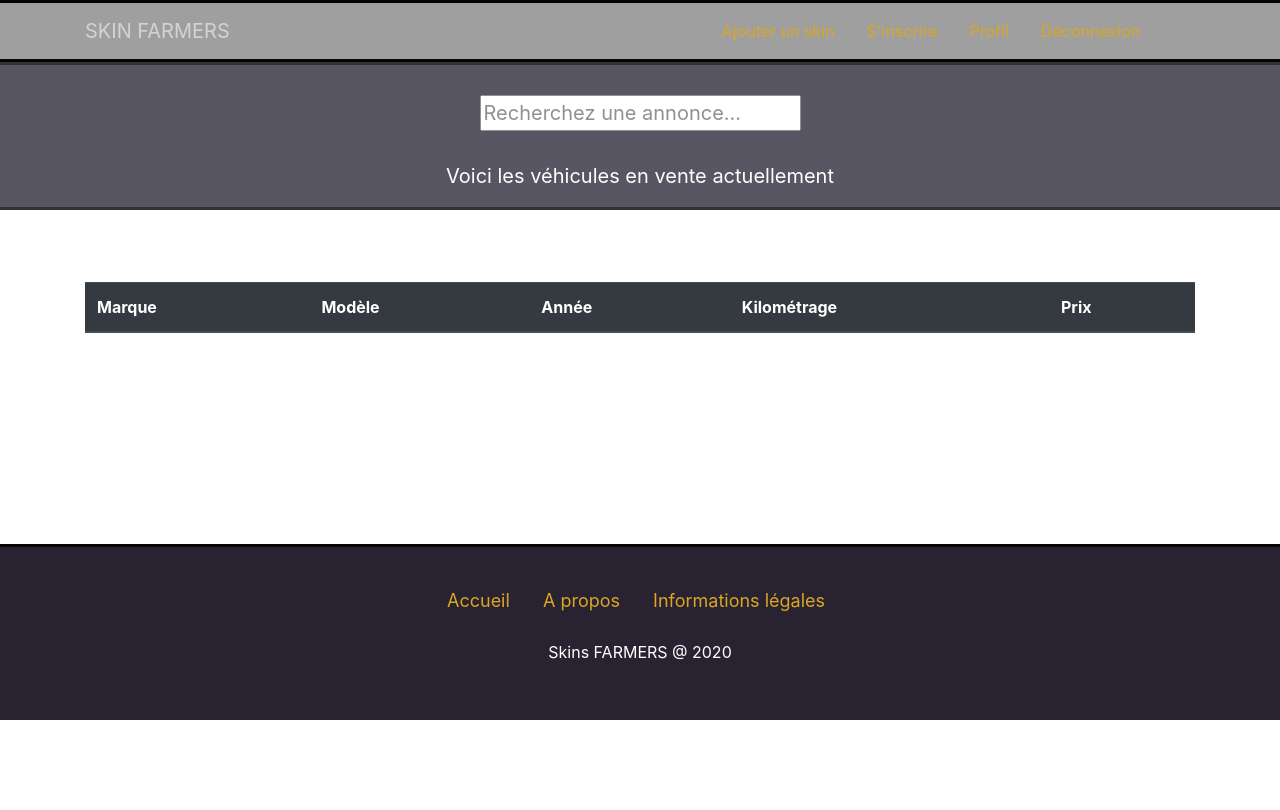
Repository: JonasvanHoorebeke/node_project_carforsale_final
Page: views/admin.ejs
An editor plug-in stored every save of this project. The page is shown before and after the next save, followed by the edit.
The browser window is 1280 px wide. The pictures show the whole page.
Pictures or frames that could not be fetched are drawn as grey boxes. Backgrounds fixed to the window are drawn as part of the page. The page is served by the project's Node server (server.js). Other server files are loaded and not shown. The template is opened directly, without the code that normally fills it, so the values that code supplies are empty.

Above is the page before, as saved 2020-08-25 16:35:56.

### views/admin.ejs
<%- include('header.ejs') %>

<div class="intro">
</br>
<input type="text" id="Larecherche" onkeyup="Recherche()" placeholder="Recherchez une annonce...">
</br></br>

<p>Voici les véhicules en vente actuellement</p>
</div>
<div class="container" id="Lesskins">

 <!--h2><%= title %></h2>-->
</br></br>
  <!--<a href="/skin/add" class="btn btn-sm btn-primary">Mettre en vente un véhicule</a><br/>-->
  <table id="Lesskins2" class="table table-dark table-striped">
    <thead>
      <tr>
        <th>Marque</th>
        <th>Modèle</th>
        <th>Année</th>
        <th>Kilométrage</th>
        <th>Prix</th>
      </tr>
    </thead>
    <tbody>
        <% annonce.forEach(function(item){ %>
            <div class="cards-annonces">
                <div class="card" style="max-width: 100%;">
                    <div class="row no-gutters">
                        <div class="col-sm-5" style="background: #868e96;">
                            <img src="/css/rsq8.jpg" class="card-img-top h-100" alt="...">
                        </div>
                        <div class="col-sm-7">
                            <div class="card-body">
                                <h5 class="card-marque-modele"><%= item.marque %> <%= item.modele %></h5>
                            </br>
                                <h3 class="card-prix"><%= item.prix %> €</h3>
                            </br>
                                    <div class="row">
                                      <div class="col-sm">
                                        Kilométrage:</br><%= item.kilometrage %> km
                                      </div>
                                      <div class="col-sm">
                                        Année:</br><%= item.annee %>
                                      </div>
                                      <div class="col-sm">
                                        Code postal:</br><%= item.annee %>
                                      </div>
                                    </div>
                                    </br>
                                    <div class="row">
                                        <div class="bouttons-annonces">
                                            <a href="/annonce/get/<%= item.idannonce %>" class="btn btn-sm btn-primary">Voir</a>
                                        </div>
                                        <div class="bouttons-annonces">
                                            <a href="/annonce/edit/<%= item.idannonce %>" class="btn btn-sm btn-primary">Modifier</a>
                                        </div>
                                        <div class="bouttons-annonces">
                                            <a href="/annonce/delete/<%= item.idannonce %>" class="btn btn-sm btn-danger">Supprimer</a>
                                        </div>
                                      </div>
                            </div>
                        </div>

                    </div>
                </div>
            </div>
        </br>

        <% }); %>
    </tbody>
</div>
</br>

<%- include('footer.ejs') %>

### views/header.ejs
<!DOCTYPE html>
<html lang="fr">

<head>
  <title>Cars for sale - Véhicules d'occasion</title>
  <meta charset="utf-8">
  <meta name="viewport" content="width=device-width, initial-scale=1.0">
  <link href="/css/style.css" rel="stylesheet" type="text/css">
  <link rel="stylesheet" href="https://maxcdn.bootstrapcdn.com/bootstrap/4.3.1/css/bootstrap.min.css">
  <script type="text/javascript" src="../scripts/scriptindex.js"></script>
  <script src="https://ajax.googleapis.com/ajax/libs/jquery/3.4.1/jquery.min.js"></script>
  <script src="https://maxcdn.bootstrapcdn.com/bootstrap/4.3.1/js/bootstrap.min.js"></script>
  <link rel="stylesheet" href="https://stackpath.bootstrapcdn.com/bootstrap/4.4.1/css/bootstrap.min.css" integrity="sha384-Vkoo8x4CGsO3+Hhxv8T/Q5PaXtkKtu6ug5TOeNV6gBiFeWPGFN9MuhOf23Q9Ifjh" crossorigin="anonymous">
    <!-- Plugin JS, jQuery Bootstrap -->
    <script src="https://code.jquery.com/jquery-3.5.1.slim.min.js" integrity="sha384-DfXdz2htPH0lsSSs5nCTpuj/zy4C+OGpamoFVy38MVBnE+IbbVYUew+OrCXaRkfj" crossorigin="anonymous"></script>
    <script src="https://cdn.jsdelivr.net/npm/popper.js@1.16.0/dist/umd/popper.min.js" integrity="sha384-Q6E9RHvbIyZFJoft+2mJbHaEWldlvI9IOYy5n3zV9zzTtmI3UksdQRVvoxMfooAo" crossorigin="anonymous"></script>
    <script src="https://stackpath.bootstrapcdn.com/bootstrap/4.5.0/js/bootstrap.min.js" integrity="sha384-OgVRvuATP1z7JjHLkuOU7Xw704+h835Lr+6QL9UvYjZE3Ipu6Tp75j7Bh/kR0JKI" crossorigin="anonymous"></script>

</head>
<body>
    <nav class="navbar navbar-light navbar-expand-md navigation-clean">
        <div class="container"><a class="skinfarmers" href="/">SKIN FARMERS</a><button data-toggle="collapse" class="navbar-toggler" data-target="#navcol-1"><span class="sr-only">Toggle navigation</span><span class="navbar-toggler-icon"></span></button>
            <div class="collapse navbar-collapse"
                id="navcol-1">
                <ul class="nav navbar-nav ml-auto">
                    <li role="presentation"><a class="navboutonergo" href="/annonce/add">Ajouter un skin</a></li>
                    <!--li role="presentation"><a class="navbouton" href="#">Fonctionnement</a></li>-->
                    <li role="presentation"><a class="navbouton" href="/signup/now">S'inscrire</a></li>
                    <li role="presentation"><a class="navbouton" href="/profil">Profil</a></li>
                    <li role="presentation"><a class="navbouton" href="/logout">Déconnexion</a></li>
                    <!--li role="presentation"><a class="navbouton" href="/cart">cart</a></li>-->
                    <li><a href="/cart" class="cartlogo"><img src="/css/ttt.png" alt="bouton panier" style="max-width: 39px;"></a></li>
                </ul>
            </div>
        </div>
    </nav>

### views/footer.ejs
<!DOCTYPE html>
<html lang="fr">
<head>
  <title></title>
  <meta charset="utf-8">
  <meta name="viewport" content="width=device-width, initial-scale=1.0">
  <link rel="stylesheet" href="https://stackpath.bootstrapcdn.com/bootstrap/4.4.1/css/bootstrap.min.css" integrity="sha384-Vkoo8x4CGsO3+Hhxv8T/Q5PaXtkKtu6ug5TOeNV6gBiFeWPGFN9MuhOf23Q9Ifjh" crossorigin="anonymous">
  <link href="/css/style.css" rel="stylesheet" type="text/css">
  <link rel="stylesheet" href="https://maxcdn.bootstrapcdn.com/bootstrap/4.3.1/css/bootstrap.min.css">
</head>
<div id="page">
  <div class="footerr">
      <footer>
          <ul class="boutonfooter">
              <li class="bouton"><a href="/">Accueil</a></li>
              <li class="bouton"><a href="#">A propos</a></li>
              <li class="bouton"><a href="/infoleg">Informations légales</a></li>
          </ul>
      </br>
          <p class="copyright">Skins FARMERS @ 2020</p>
      </footer>
  </div>
</div>
</body>
</html>

### server.js
const path = require('path');
const express = require('express');
const ejs = require('ejs');
const bodyParser = require('body-parser');
const mysql = require('mysql');
const app = express();
const http = require('http');
const mysqlConnection = require("./connection.js");
var router = express.Router();
var session = require('express-session');
var cookieParser = require('cookie-parser');



//set views file
app.set('views',path.join(__dirname,'views'));

//set view engine
app.set('view engine', 'ejs');
app.use(bodyParser.json());
app.use(bodyParser.urlencoded({ extended: false }));
app.use(cookieParser());
app.use(session({
  secret: 'secret',
  resave: false,
  saveUninitialized: true
}))
app.use(express.static(__dirname + '/public')) //pour utiliser le css en local (fichiers statiques)



//app.use('/', routesUsers);
let routesUsers = require("./routes/routesAnnonces");
app.use('/', routesUsers);
// Server Listening
app.listen(3000, () => {
    console.log('I am feeling great on port 3000');
});

### connection.js
const mysql = require("mysql");

var mysqlConnection = mysql.createConnection({
    host : "localhost",
    user : "root",
    password : "root",
    database : "db_carforsale",
    multipleStatements : true
});

mysqlConnection.connect((err)=>{
    if(!err)
        {
            console.log("Database connected <3");
        }
    else
        {
            console.log("Something went wrong with the database :( ");
        }
})

module.exports = mysqlConnection;

### public/css/style.css
body
{
    background-color: black;
}


/* Gérer la couleur des liens/boutons */

nav a:link {
    text-decoration : none;
}

nav a:hover {
    color : goldenrod;
}

nav a:active {
    text-decoration: none;
}

nav a:visited{
    text-decoration : none;
}

.boutonfooter {
        padding-left: 0px;
        list-style: none;
      }

.footerr {
        padding: 40px 0;
        background-color: #241e2d;
        color: white; /*gère la couleur du copyright en bas*/
        text-align: center;
        opacity: 98%;
        position : fixed;
        left : 0;
        bottom : 0;
        width: 100%;
        border-top: black solid;
      }

.footerr ul {
        padding: 0;
        list-style: none;
        text-align: center;
        font-size: 18px;
        line-height: 1.6;
        margin-bottom: 0;
      }

.footerr li {
        padding: 0 10px;
      }



ul {
        margin-top: 0;
        margin-bottom: 1rem;
      }

.bouton {
    margin-right: .5rem;
    display: inline-block;
}

.intro {
    text-align: center;
    padding: -95px 2;
    background-color: #2f2c3d;
    font-size: 20px;
    color: white;
    border-top: solid black;
    border-bottom: solid black;
    opacity: 80%;
}

nav {
    background: url('footer1.jpg') no-repeat;
    background-attachment: fixed;
    background-size: cover;
    opacity: 98%;
    border-bottom: black solid;
    border-top: solid black;
}

nav a { /*gère le logo skinfarmerz*/
    color: #d3d3d3;
}

.boutonheader {
    list-style: none;
    display : inline;
}

ul.boutonheader {
    list-style: none;
    display : inline-flex;
}


.container {
    width: 100%;
    padding-right: 15px;
    padding-left: 15px;
    margin-right: auto;
    margin-left: auto;
}
.skinfarmers {
    display: inline-block;
    padding-top: .3125rem;
    padding-bottom: .3125rem;
    margin-right: 1rem;
    font-size: 1.25rem;
    line-height: inherit;
    white-space: nowrap;
}

.navbouton {
    display: block;
    padding: .5rem 1rem;
    color: goldenrod;
}

.navboutonergo {
    display: block;
    padding: .5rem 1rem;
    color: goldenrod;
}

ul.boutonfooter a {
    color: goldenrod!important;
}

form {
    margin-top: 2em;
    background-color: #cac8c2;
}


#Lesskins {
    border-radius: 10px;
    margin-bottom: 200px;
    min-height: 400px;
}

.titreadd {
    color: #282536;
}

.titreproduit {
    text-align: center;
    color: #282536;
    background-color: #241e2d;
}

.cartt {
    text-align: center;
    background-color: #282536;
}

.introcart {
    text-align: center;
    background-color: #282536;
    color: #c1c1c1;
}

.itemm {
    display: block;
    color: #c1c1c1;
    padding-top: 1rem;
}

.nomskin {
    color: goldenrod;
}


.textintroregister {
    text-transform: uppercase;
    text-align: center;
    margin-bottom: 5rem;
}

.infos {
    display: block;
}

.listtt {
    display: block;
    text-align: center;
}

#loginbox {
    text-align: center;
}

.introsignup {
    font-size: larger;
    font-family: Arial ;
    background-color: #282536;
    opacity: 80%;
    border-top: black solid;
    border-bottom: black solid;
    color: goldenrod;
    text-align: center;
    padding-top: 1rem;
    padding-bottom: 1rem;
    border: 2rem;
}

#infoleg {
    font-size: smaller;
}

.pascompte {
    border-top: 1px solid#888;
    color: goldenrod;
    padding-top:15px;
    font-size:85%;
    padding-bottom: 1rem;
    text-align: right;
}

.login {
    text-align: center;
}

.infologin {
    margin-bottom: 25px;
    text-align: center;
}

.infosignup {
    margin-bottom: 25px;
    text-align: center;
}

form {
    background-color: #282536;
    opacity: 80%;
    border: black solid;
    border-bottom: black solid;

}

.nomdescases {
    color: #c1c1c1;
    font-family: Arial;
    padding-left: 1rem;
}

.cases {
    display: block;
    width: 100%;
    background-color: #fff;
    border: 1px solid #ced4da;
    border-radius: .25rem;
}

.navigation1 {
    padding: .5rem 1rem;
    flex-flow: row nowrap;
    justify-content: flex-start;
}

input.cases {
    text-align: center;
}

.imgskin {
    max-width : 350px;
}

.imageskin {
    display: flex;
	justify-content: center;
	align-items: center;
}

.espacement {
	margin-right: 20px;
}

.prixjeu {
    background-color: #8296c7;
    opacity: 90%;

}

.introitempage {
        font-size: larger;
        font-family: Arial ;
        background-color: #282536;
        opacity: 80%;
        border-top: black solid;
        border-bottom: black solid;
        color: rgb(255, 255, 255);
        text-align: center;
        padding-top: 1rem;
        padding-bottom: 1rem;
        border: 2rem;
}

.cards-annonces {
        margin: 20px;

}

.col-sm {
        text-align: center;
        border-radius: 5px 5px 5px 5px;
        box-shadow: 12px 15px 20px 0px rgba(46,61,73,0.15);
        color: #000;
        font-size: 14px;
}

.bouttons-annonces {
        text-align: center;

}
/*.navbari {
    flex-flow: row nowrap;
    justify-content: flex-start;
    position: relative;
    display: flex;
    align-items: center;
    padding: .5rem 1rem;
}

*, ::after, ::before {
    box-sizing: border-box;
}

### scripts/scriptindex.js
function Recherche() {

    var input, filter, table, tr, td, i, txtValue;
    input = document.getElementById("Larecherche");
    filter = input.value.toUpperCase();
    table = document.getElementById("Lesskins");
    tr = table.getElementsByTagName("tr");

    // Boucle qui passe toute les lignes de la liste et qui cachent ceux qui correspondent pas à la recherche
    for (i = 0; i < tr.length; i++) {
      td = tr[i].getElementsByTagName("td")[0];
      if (td) {
        txtValue = td.textContent || td.innerText;
        if (txtValue.toUpperCase().indexOf(filter) > -1) {
          tr[i].style.display = "";
        } else {
          tr[i].style.display = "none";
        }
      }
    }
  }

After the next save:
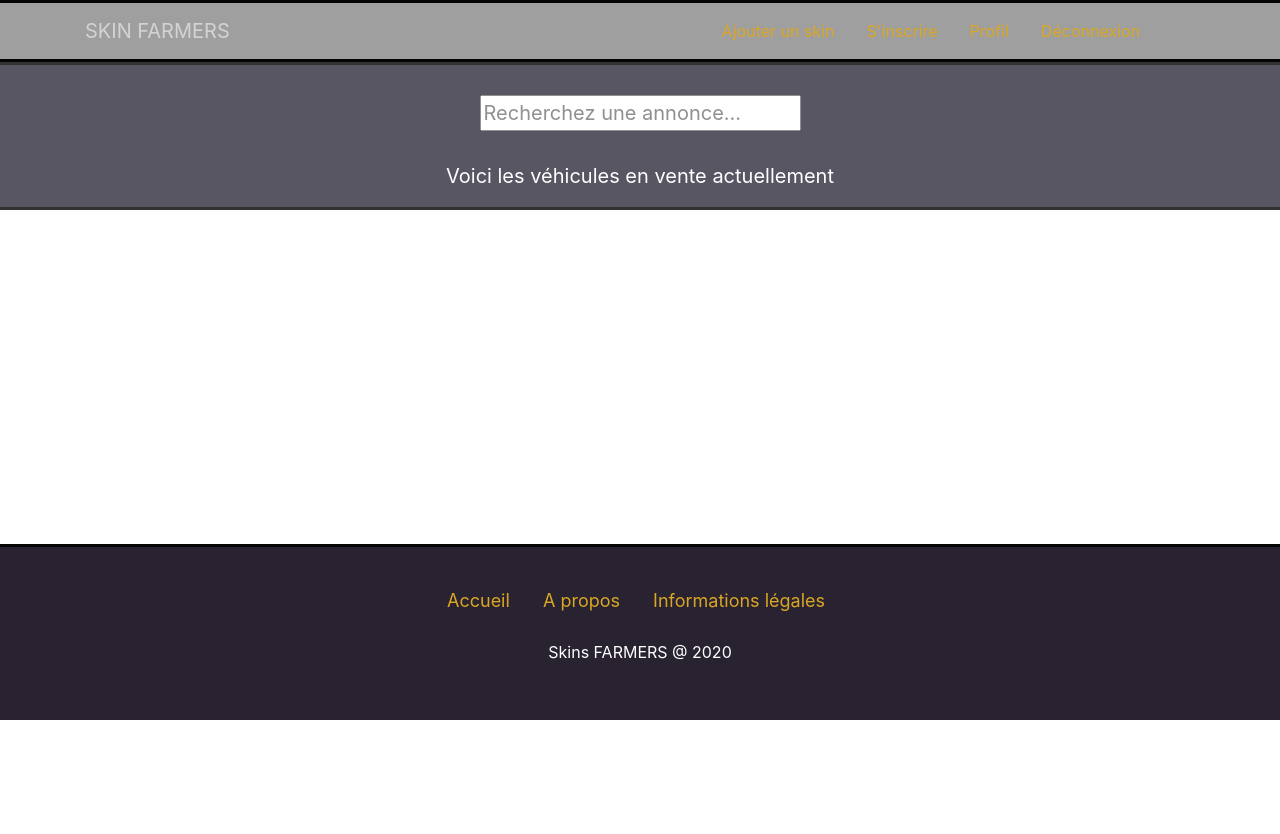
Saved 29 s later.
--- a/views/admin.ejs
+++ b/views/admin.ejs
@@ -12,16 +12,6 @@
  <!--h2><%= title %></h2>-->
 </br></br>
   <!--<a href="/skin/add" class="btn btn-sm btn-primary">Mettre en vente un véhicule</a><br/>-->
-  <table id="Lesskins2" class="table table-dark table-striped">
-    <thead>
-      <tr>
-        <th>Marque</th>
-        <th>Modèle</th>
-        <th>Année</th>
-        <th>Kilométrage</th>
-        <th>Prix</th>
-      </tr>
-    </thead>
     <tbody>
         <% annonce.forEach(function(item){ %>
             <div class="cards-annonces">
